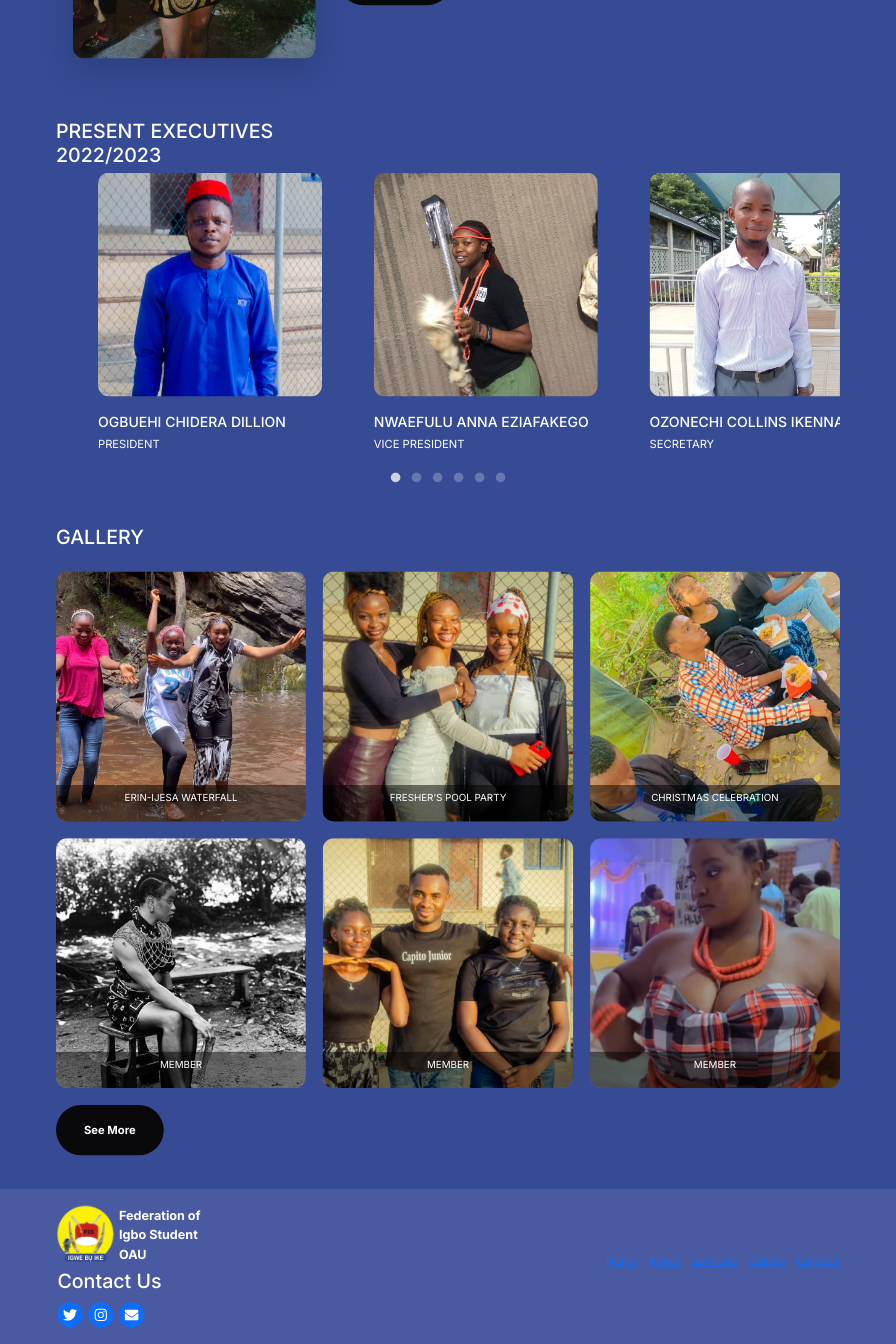
Repository: akinolapo/fis
Page: /
The author's editor kept a copy of each file at every save. The page is drawn from the files as they stood at one save, then again after a run of saves.
The browser window is 1280 px wide. The pictures show the part of the page from y = 1509 to 3429 px (the page is 3429 px tall before and 3417 px after), at 70% of full size.
The project was rebuilt for these pictures with package versions that can differ from the ones it lists, and the page was loaded fresh each time. The framework's server and built-in components were replaced by stand-ins that run in the browser. Also part of the build but not shown: next.config.mjs.

Above is the page before, as saved 2024-05-06 13:18:05.

### app/layout.tsx
import type { Metadata } from "next";
import { Inter } from "next/font/google";
import "./globals.css";
import Header from "./components/Header/Header";
import Head from "next/head";
import Footer from "./components/Footer/Footer";



const inter = Inter({ subsets: ["latin"] });

export const metadata: Metadata = {
  title: "Federation of Igbo Student OAU",
  description: "Federation of Igbo Student OAU",
};

export default function RootLayout({
  children,
}: Readonly<{
  children: React.ReactNode;
}>) {
  return (
    <html lang="en">
       <Head>
        <meta charSet="utf-8" />
        <meta name="viewport" content="width=device-width, initial-scale=1" />
        <meta name="theme-color" content="#ffffff" />
        <link rel="manifest" href="/site.webmanifest" />
        <link rel="icon" href="/favicon.ico" />
        {/* Add any other meta tags you need */}
      </Head>
      <body className={inter.className}>
        <main className="px-6 lg:px-20">
        <Header/>
        {children}
        </main>
        <Footer/>
        </body>
    </html>
  );
}

### app/page.tsx
import About from "./components/About/About";
import Excos from "./components/Excos/Excos";
import Gallery from "./components/Gallery/Gallery";
import Hero from "./components/Hero/Hero";

export default function Home() {
  return (
    <main>
      <Hero/>
      <About/>
      <Excos/>
      <Gallery/>
    </main>
  );
}

### app/globals.css
@tailwind base;
@tailwind components;
@tailwind utilities;z

*{
  margin: 0;
  padding: 0;
}

.bg-primary{
  background: #364B94;
}

body {
  background: #364B94 !important;
  color: #ffffff !important;
}

footer{
  background: #4A5AA1 !important;
}

@layer utilities {
  .text-balance {
    text-wrap: balance;
  }
}

### app/components/Header/Header.tsx
import Image from "next/image";

const Header = () => {
  return (
    <header className="hidden justify-between items-center py-4 text-white lg:flex">
      {/* Logo and Site Title */}
      <div className="flex items-center">
        <Image src="/logo.png" alt="Logo" width={60} height={60} className="mr-2"  />
        <h1 className="text-lg font-bold">Federation of <br></br>Igbo Student<br></br> OAU</h1>
      </div>

      {/* Menu */}
      <nav className="flex justify-center flex-grow">
        <ul className="flex gap-1">
          <li className="cursor-pointer hover:text-gray-400 p-8">Home</li>
          <li className="cursor-pointer hover:text-gray-400 p-8">About Us</li>
          <li className="cursor-pointer hover:text-gray-400 p-8">Gallery</li>
          <li className="cursor-pointer hover:text-gray-400 p-8">Executive</li>
          <li className="cursor-pointer hover:text-gray-400 p-8">Contact Us</li>
        </ul>
      </nav>

      {/* Join Us Button */}
      <button className="rounded-full py-4 px-10 bg-zinc-950 hover:bg-black text-white">
        Join Us
      </button>
    </header>
  );
};

export default Header;

### app/components/Footer/Footer.tsx
// Footer.tsx

import { FaTwitter, FaInstagram, FaEnvelope } from "react-icons/fa";

const Footer = () => {
  return (
    <footer className="text-white py-6">
      <div className="container mx-auto flex justify-between items-center">
        {/* Left section with logo, site title, and contact info */}
        <div className="">
          <div className="flex justify-center">
            <img src="/logo.png" alt="Logo" className="h-20 mr-2" />
            <h2 className="text-lg font-bold">Federation of <br></br>Igbo Student<br></br> OAU</h2>
          </div>
          <h3>Contact Us</h3>
          <div className="flex flex-col">
            <div className="flex items-center mt-1">
              <a
                href="https://twitter.com/"
                target="_blank"
                rel="noopener noreferrer"
                className="mr-2 text-white bg-primary p-2 rounded-full"
              >
                <FaTwitter className="text-xl" />
              </a>
              <a
                href="https://www.instagram.com/"
                target="_blank"
                rel="noopener noreferrer"
                className="mr-2 text-white bg-primary p-2 rounded-full"
              >
                <FaInstagram className="text-xl" />
              </a>
              <a
                href="mailto:example@example.com"
                target="_blank"
                rel="noopener noreferrer"
                className="text-white bg-primary p-2 rounded-full"
              >
                <FaEnvelope className="text-xl" />
              </a>
            </div>
          </div>
        </div>

        {/* Right section with site menu items */}
        <div className="hidden md:block">
          <ul className="flex">
            <li className="mr-4">
              <a href="#">Home</a>
            </li>
            <li className="mr-4">
              <a href="#">About</a>
            </li>
            <li className="mr-4">
              <a href="#">Services</a>
            </li>
            <li className="mr-4">
              <a href="#">Gallery</a>
            </li>
            <li>
              <a href="#">Contact</a>
            </li>
          </ul>
        </div>
      </div>
    </footer>
  );
};

export default Footer;

### app/components/About/About.tsx
import Image from "next/image";


const About = () => {
  return (
    <div className="flex flex-col md:flex-row items-center justify-center md:justify-start px-4 py-8 md:py-16">
      <div className="md:w-1/3 mr-0 md:mr-8 mb-4 md:mb-0">
        <Image
          src="/images/about.jpeg"
          alt="About Image"
          className="w-full h-auto shadow-lg rounded-2xl"
          width={339}
          height={339}
        />
      </div>
      <div className="md:w-2/3">
        <h2 className="text-2xl md:text-3xl font-bold mb-4">About Us</h2>
        <p className="leading-relaxed mb-4">
        We, the Igbo students of Obafemi Awolowo University (OAU) in Ile-Ife, Nigeria, united by our shared heritage and values, hereby establish the Federation of Igbo Students (FIS) at OAU. Committed to fostering brotherly love, unity, and peace among Igbo students, FIS is dedicated to promoting and preserving Igbo cultural heritage, language, and values as a hallmark of our ethnic identity.
        </p>
        <button className="bg-zinc-950 hover:bg-black text-white font-bold py-4 px-10 rounded-full focus:outline-none focus:shadow-outline">
          Read More
        </button>
      </div>
    </div>
  );
};

export default About;

### app/components/Excos/Excos.tsx
import React from 'react'
import Members from '../Slider/Members'

const Excos = () => {
  return (
    <div>
        <h3>PRESENT EXECUTIVES<br></br> 2022/2023</h3>
        <Members/>
    </div>
  )
}

export default Excos

### app/components/Gallery/Gallery.tsx
"use client";

// Gallery.tsx

import React, { useState } from "react";
import Image from "next/image";

// Sample data for gallery images with captions
const galleryImages = [
  { src: "/images/gallery1.jpeg", caption: "ERIN-IJESA WATERFALL" },
  { src: "/images/gallery2.jpeg", caption: "FRESHER’S POOL PARTY" },
  { src: "/images/gallery3.jpeg", caption: "CHRISTMAS CELEBRATION" },
  { src: "/images/gallery4.jpeg", caption: "MEMBER" },
  { src: "/images/gallery5.jpeg", caption: "MEMBER" },
  { src: "/images/gallery6.jpeg", caption: "MEMBER" },
  // Add more images with captions here
];

const Gallery = () => {
  const [selectedImage, setSelectedImage] = useState("");
  const [currentIndex, setCurrentIndex] = useState(0);

  // Function to handle image click
  const handleImageClick = (image: string, index: number) => {
    setSelectedImage(image);
    setCurrentIndex(index);
  };

  // Function to handle next image click
  const handleNext = () => {
    if (currentIndex < galleryImages.length - 1) {
      setCurrentIndex(currentIndex + 1);
      setSelectedImage(galleryImages[currentIndex + 1].src);
    }
  };

  // Function to handle previous image click
  const handlePrev = () => {
    if (currentIndex > 0) {
      setCurrentIndex(currentIndex - 1);
      setSelectedImage(galleryImages[currentIndex - 1].src);
    }
  };

  // Function to close the full-size image view
  const handleClose = () => {
    setSelectedImage("");
  };

  return (
    <div className="py-5">
      <h3 className="mb-8">GALLERY</h3>
      <div className="grid grid-cols-1 md:grid-cols-2 lg:grid-cols-3 gap-4">
        {galleryImages.map((image, index) => (
          <div key={index} onClick={() => handleImageClick(image.src, index)}>
            <div className="relative">
              <Image
                src={image.src}
                alt={`Image ${index}`}
                width={500}
                height={500}
                className="rounded-2xl"
              />
              <div className="absolute inset-x-0 bottom-0 bg-black bg-opacity-50 text-white p-2 rounded-b-2xl">
                <p className="text-sm text-center">{image.caption}</p>
              </div>
            </div>
          </div>
        ))}

        {/* Full-size image modal */}
        {selectedImage && (
          <div
            className="fixed top-0 left-0 w-full h-full bg-gray-900 bg-opacity-75 flex justify-center items-center z-10"
            onClick={handleClose}
          >
            <div className="relative" onClick={(e) => e.stopPropagation()}>
              <button
                className="absolute top-4 right-4 bg-black bg-opacity-50 text-white text-lg p-2 rounded-full"
                onClick={handleClose}
              >
                Close
              </button>
              <Image
                src={selectedImage}
                alt={`Image ${currentIndex}`}
                width={600}
                height={600}
              />
              {currentIndex > 0 && (
                <button
                  className="absolute top-1/2 left-4 transform -translate-y-1/2 text-white text-xl"
                  onClick={handlePrev}
                >
                  &lt;
                </button>
              )}
              {currentIndex < galleryImages.length - 1 && (
                <button
                  className="absolute top-1/2 right-4 transform -translate-y-1/2 text-white text-xl"
                  onClick={handleNext}
                >
                  &gt;
                </button>
              )}
              <div className="absolute bottom-4 left-0 right-0 text-white text-center">
                <p className="text-lg">{galleryImages[currentIndex].caption}</p>
              </div>
            </div>
          </div>
        )}
      </div>
      <button className="bg-zinc-950 hover:bg-black text-white font-bold py-4 px-10 mt-4 rounded-full focus:outline-none focus:shadow-outline">
          See More
        </button>
    </div>
  );
};

export default Gallery;

### app/components/Hero/Hero.tsx
import Image from "next/image";
import Slider from "../Slider/Slider";

const Hero = () => {
  return (
    <div className="text-white py-20">
      <h2 className="text-4xl font-bold mb-4">
        Welcome to the Federation of Igbo Students
      </h2>
      <p className="text-lg mb-8">
        Empowering Tomorrow's Leaders, Preserving Igbo Heritage
      </p>
      <Slider/>
    </div>
  );
};

export default Hero;

### app/components/Slider/Members.tsx
'use client'

import React from 'react';
import Slider from 'react-slick';
import 'slick-carousel/slick/slick.css';
import 'slick-carousel/slick/slick-theme.css';

import './members.css'
import Image from 'next/image';

// Sample data for members
const membersData = [
  { id: 1, name: 'OGBUEHI CHIDERA DILLION', position: 'PRESIDENT', image: '/images/member1.jpg' },
  { id: 2, name: 'NWAEFULU ANNA EZIAFAKEGO', position: 'VICE PRESIDENT', image: '/images/member2.jpg' },
  { id: 3, name: 'OZONECHI COLLINS IKENNA', position: 'SECRETARY', image: '/images/member3.jpg' },
  { id: 4, name: 'UGWUEKE DANIEL IGWEBUIKE', position: 'FINANCIAL SECRETARY', image: '/images/member4.jpg' },
  { id: 5, name: 'OGONNAYA KELVIN', position: 'DIRECTOR OF SOCIALS ', image: '/images/member5.jpg' },
  { id: 6, name: 'UCHE U. DEBORAH', position: 'PUBLIC RELATIONS OFFICER', image: '/images/member6.jpg' },
  // Add more members here
];

const Members = () => {
  const settings = {
    dots: true,
    infinite: true,
    speed: 500,
    slidesToShow: 3, // Show 3 members at a time on desktop
    slidesToScroll: 1,
    arrows: false, // Hide arrow navigation
    responsive: [
      {
        breakpoint: 1024, // Tablet
        settings: {
          slidesToShow: 2, // Show 2 members at a time on tablet
        },
      },
      {
        breakpoint: 600, // Mobile
        settings: {
          slidesToShow: 1, // Show 1 member at a time on mobile
        },
      },
    ],
  };

  return (
    <div className='relative'>
      <Slider {...settings}>
        {membersData.map((member) => (
          <div key={member.id} className='mb-10'>
            <Image src={member.image} alt={member.name} width={320} height={320} className='rounded-2xl mb-6' />
            <h5>{member.name}</h5>
            <p>{member.position}</p>
          </div>
        ))}
      </Slider>
    </div>
  );
};

export default Members;

### app/components/Slider/Slider.tsx
'use client'
import { Carousel } from 'react-bootstrap'
import Image from 'next/image'

import './slider.css'
import './bootstrap.min.css';

const Slider = () => {
  return (
    <section className="slider-head">
      <Carousel className="slider" pause={false} interval={4000}>
        <Carousel.Item className="sliderWrapper">
          <div className="slideImg">
            <Image
              src="/images/hero1.jpg"
              alt="promotion"
              width={720}
              height={480}
              className="imageOverlay"
            />
          </div>
        </Carousel.Item>

        <Carousel.Item className="sliderWrapper">
          <div className="slideImg">
            <Image
              src="/images/hero2.jpg"
              alt="promotion"
              width={720}
              height={480}
              className="imageOverlay"
            />
          </div>
        </Carousel.Item>

        <Carousel.Item className="sliderWrapper">
          <div className="slideImg">
            <Image
              src="/images/hero3.jpg"
              alt="promotion"
              width={720}
              height={480}
              className="imageOverlay"
            />
          </div>
        </Carousel.Item>
      </Carousel>
    </section>
  )
}

export default Slider

### app/components/Slider/members.css
  /* members.css */

/* Override default slider styles */
.slick-slider {
    width: 100%; /* Ensure the slider spans the full width of its container */
  }

  .slick-list {
    overflow: hidden; /* Hide overflow to prevent slider from extending beyond its container */
  }

  .slick-track {
    display: flex !important; /* Ensure the track uses flexbox layout */
  }

  .slick-slide {
    flex: 0 0 auto; /* Prevent slides from growing or shrinking */
    margin-right: 20px; /* Adjust the gap size between slides */
  }

  .slick-dots {
    position: absolute; /* Position the dots container absolutely */
    bottom: 10px; /* Adjust the vertical position as needed */
    left: 50%; /* Center the dots horizontally */
    transform: translateX(-50%); /* Center the dots horizontally */
    z-index: 1; /* Ensure dots are above the slides */
  }

  .slick-dots li {
    display: inline-block; /* Display dots horizontally */
  }

  .slick-dots li button:before {
    color: white !important; /* Change bullet dot color to white */
    font-size: 16px;
  }

  /* Adjust Image component styling */
  .Image {
    display: block;
    width: 100%;
    height: auto;
  }

### app/components/Slider/slider.css
/* slider.css */

.slider {
    position: relative;
  }


  .slideImg {
    position: relative;
  }

  .imageOverlay {
    width: 100%;
    height: auto;
    border-radius: 10px;
  }

Loaded but not shown: app/components/Slider/bootstrap.min.css (library); tailwind.config.ts (common file)

After the next 2 saves:
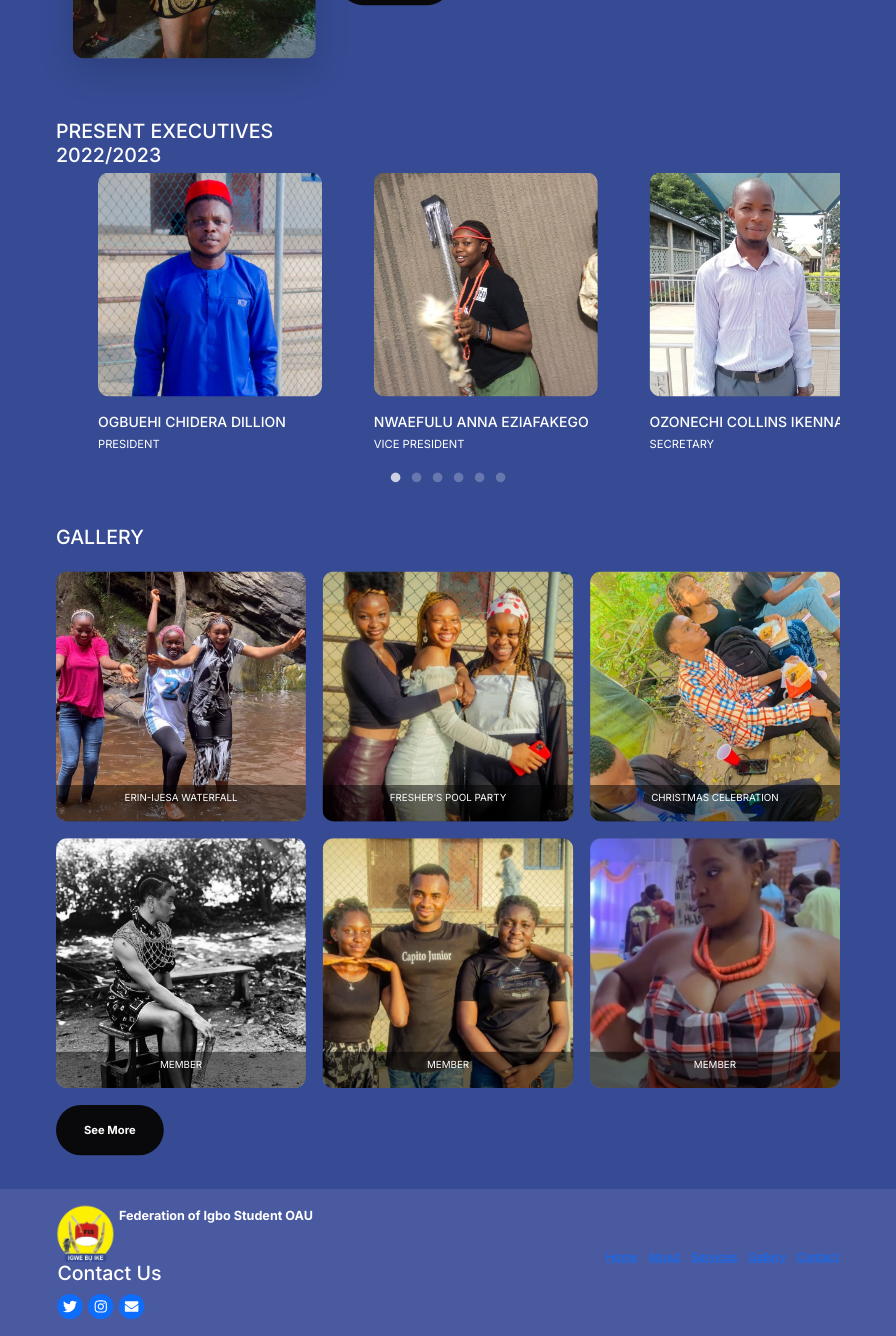
The 2 saves are shown as one change because they came seconds apart.
The last was saved 29 s later.
--- a/app/components/Footer/Footer.tsx
+++ b/app/components/Footer/Footer.tsx
@@ -10,7 +10,7 @@ const Footer = () => {
         <div className="">
           <div className="flex justify-center">
             <img src="/logo.png" alt="Logo" className="h-20 mr-2" />
-            <h2 className="text-lg font-bold">Federation of <br></br>Igbo Student<br></br> OAU</h2>
+            <h2 className="text-lg font-bold">Federation of Igbo Student OAU</h2>
           </div>
           <h3>Contact Us</h3>
           <div className="flex flex-col">
